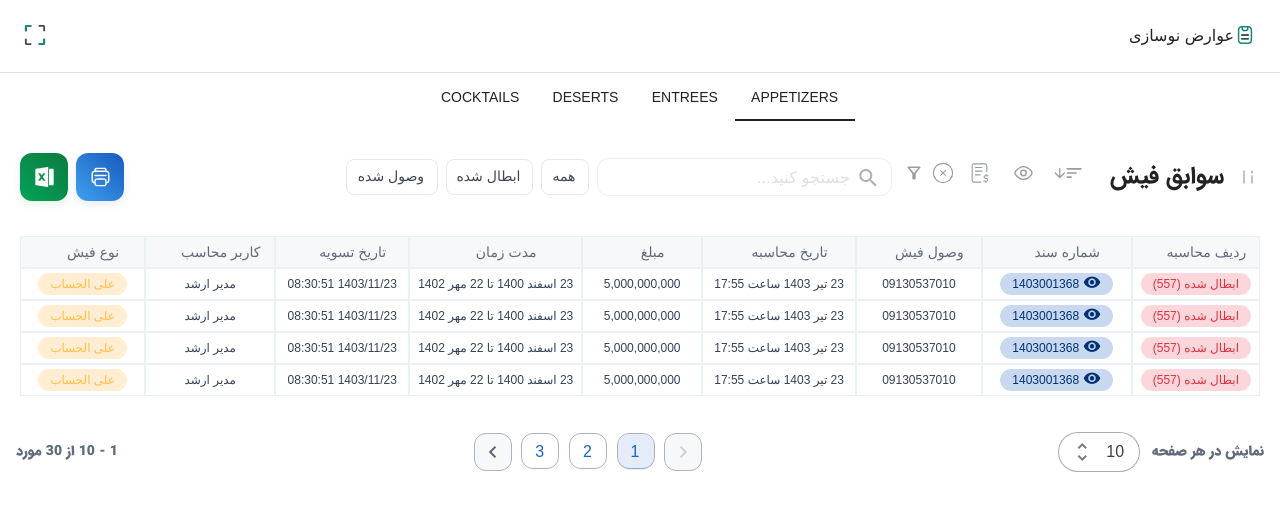
Repository: mobinazarein/data-table
Page: /
These files come from the project's save history. The page is drawn as it stood at one moment and after the next save; the edit follows.
The browser window is 1280 px wide. The pictures show the whole page.
Some web fonts or font styles are not loaded; a fallback is used. The project was rebuilt for these pictures with package versions that can differ from the ones it lists, and the page was loaded fresh each time. Also part of the build but not shown: vue.config.js.

Above is the page before, as saved 2025-03-26 13:50:47.

After the next save:
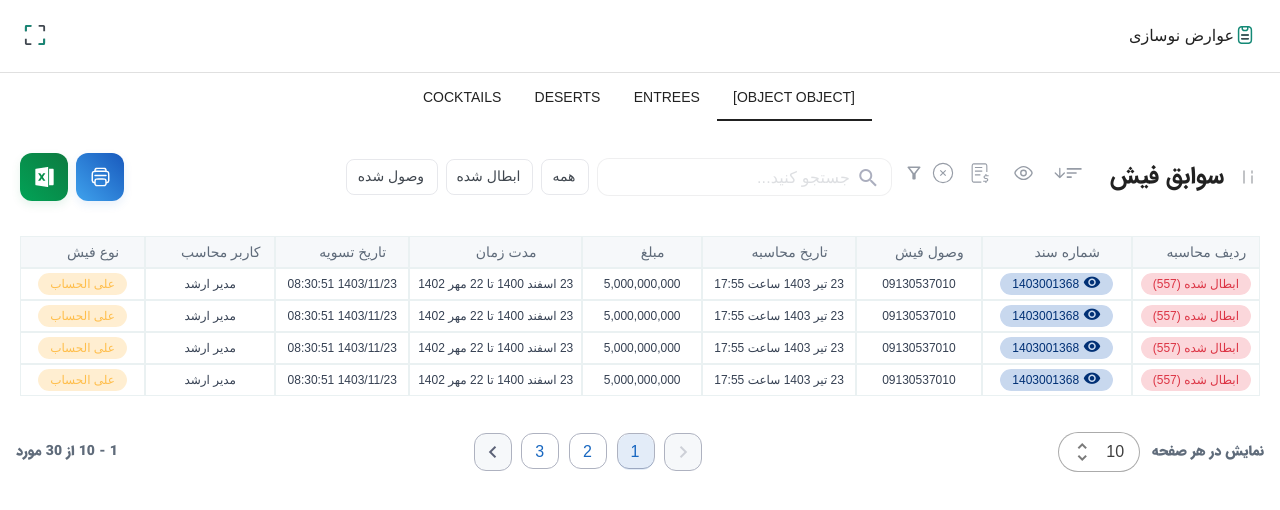
Saved 81 s later.
--- a/src/layouts/belowHeader.vue
+++ b/src/layouts/belowHeader.vue
@@ -42,9 +42,9 @@ const items = [
 </template>
 <script setup>
 import { ref } from 'vue';
-const tab = ref('Appetizers');
+const tab = ref(0);
 const pageData = ref({
-  items: ['Appetizers',
+  items: [{ title: 'محاسبه', value: 0 },
     'Entrees',
     'Deserts',
     'Cocktails']
